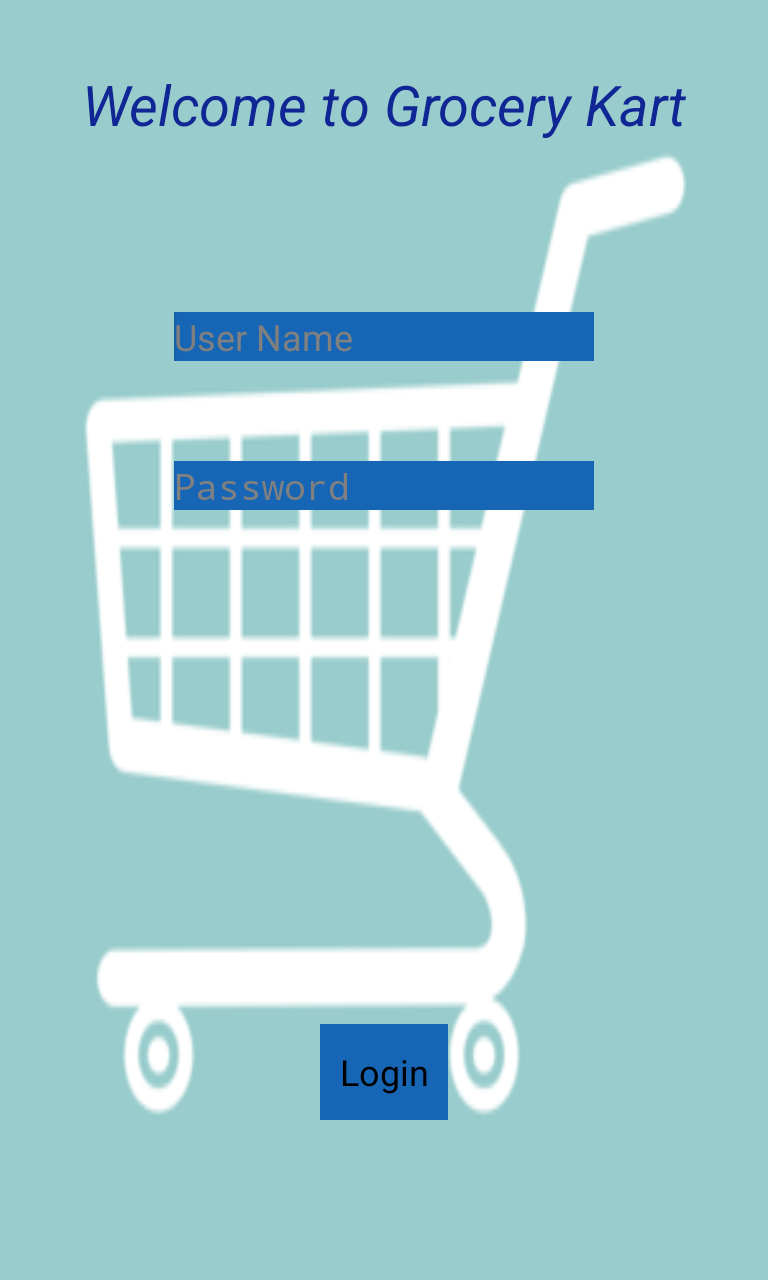
Repository: Shruthi06/designed-droid
Layout: explicitIntent_assignment/res/layout/activity_main.xml
An editor plug-in stored every save of this project. The layout is shown before and after the next save, followed by the edit.
It is drawn on a 768 x 1280 px phone screen (xhdpi) without system bars, with theme AppTheme; the app's code is not run.

Above is the layout before, as saved 2016-02-03 11:22:03.

### explicitIntent_assignment/res/layout/activity_main.xml
<RelativeLayout xmlns:android="http://schemas.android.com/apk/res/android"
    xmlns:tools="http://schemas.android.com/tools"
    android:layout_width="match_parent"
    android:layout_height="match_parent"
    android:paddingBottom="@dimen/activity_vertical_margin"
    android:paddingLeft="@dimen/activity_horizontal_margin"
    android:paddingRight="@dimen/activity_horizontal_margin"
    android:paddingTop="@dimen/activity_vertical_margin"
    android:background="@drawable/cart"
    tools:context=".MainActivity" >

    <EditText
        android:id="@+id/editTextun"
        android:layout_width="wrap_content"
        android:layout_height="wrap_content"
        android:layout_alignParentTop="true"
        android:layout_centerHorizontal="true"
        android:layout_marginTop="140dp"
        android:background="#1766b5"
        android:ems="10"
        android:hint="User Name" >

        <requestFocus />
    </EditText>

    <EditText
        android:id="@+id/editTextpw"
        android:layout_width="wrap_content"
        android:layout_height="wrap_content"
        android:layout_below="@+id/editTextun"
        android:layout_centerHorizontal="true"
        android:layout_marginTop="50dp"
        android:background="#1766b5"
        android:ems="10"
        android:hint="Password"
        android:inputType="textPassword" />

    <Button
        android:id="@+id/buttonlogin"
        android:layout_width="wrap_content"
        android:layout_height="wrap_content"
        android:layout_alignParentBottom="true"
        android:layout_centerHorizontal="true"
        android:layout_marginBottom="64dp"
        android:background="#1766b5"
        android:text="Login" />

    <TextView
        android:id="@+id/textView1"
        android:layout_width="wrap_content"
        android:layout_height="wrap_content"
        android:layout_alignParentTop="true"
        android:layout_centerHorizontal="true"
        android:layout_marginTop="17dp"
        android:text="Welcome to Grocery Kart"
        android:textAppearance="?android:attr/textAppearanceLarge"
        android:textColor="#102694"
        android:textSize="28dp"
        android:textStyle="italic" />

</RelativeLayout>

Loaded but not shown: explicitIntent_assignment/res/values/styles.xml (common file); explicitIntent_assignment/res/values-v11/styles.xml (common file); explicitIntent_assignment/res/values-v14/styles.xml (common file); explicitIntent_assignment/res/values/dimens.xml (common file)

After the next save:
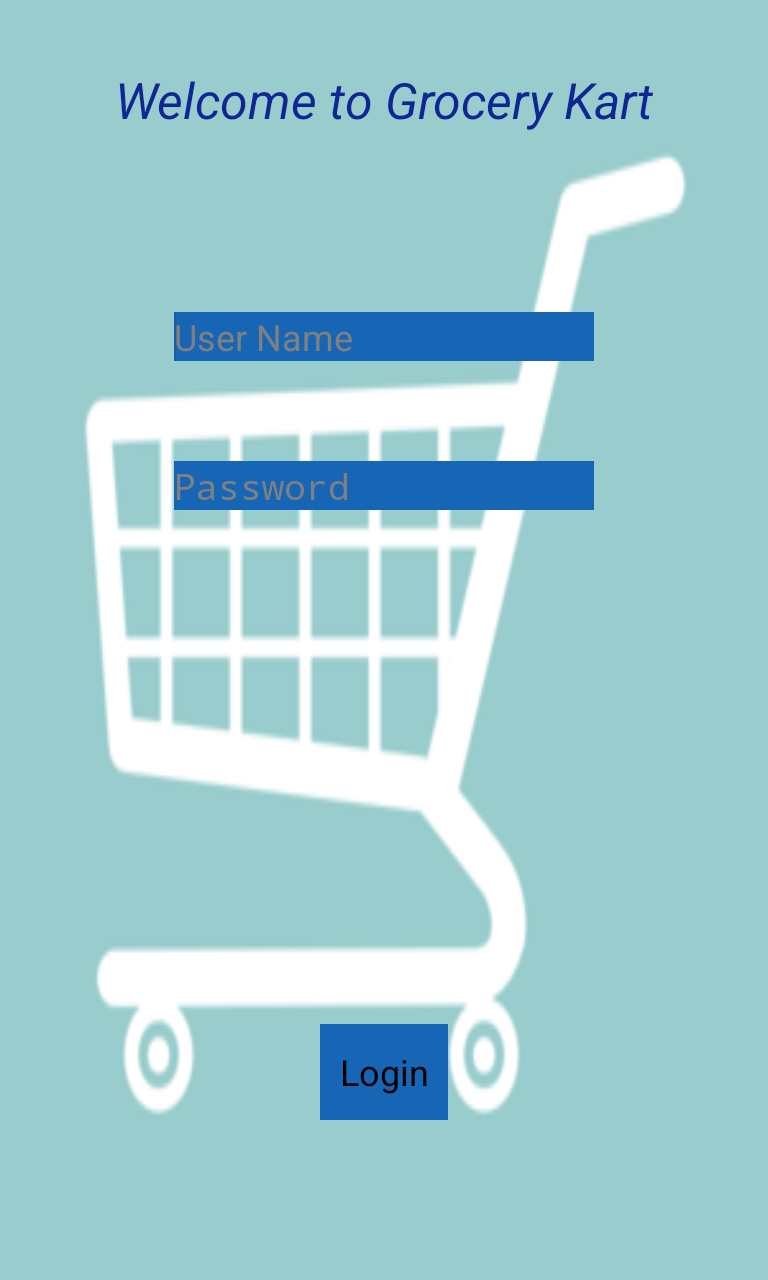
Saved 4 s later.
--- a/explicitIntent_assignment/res/layout/activity_main.xml
+++ b/explicitIntent_assignment/res/layout/activity_main.xml
@@ -55,7 +55,7 @@
         android:text="Welcome to Grocery Kart"
         android:textAppearance="?android:attr/textAppearanceLarge"
         android:textColor="#102694"
-        android:textSize="28dp"
+        android:textSize="25dp"
         android:textStyle="italic" />
 
 </RelativeLayout>

After the save that followed:
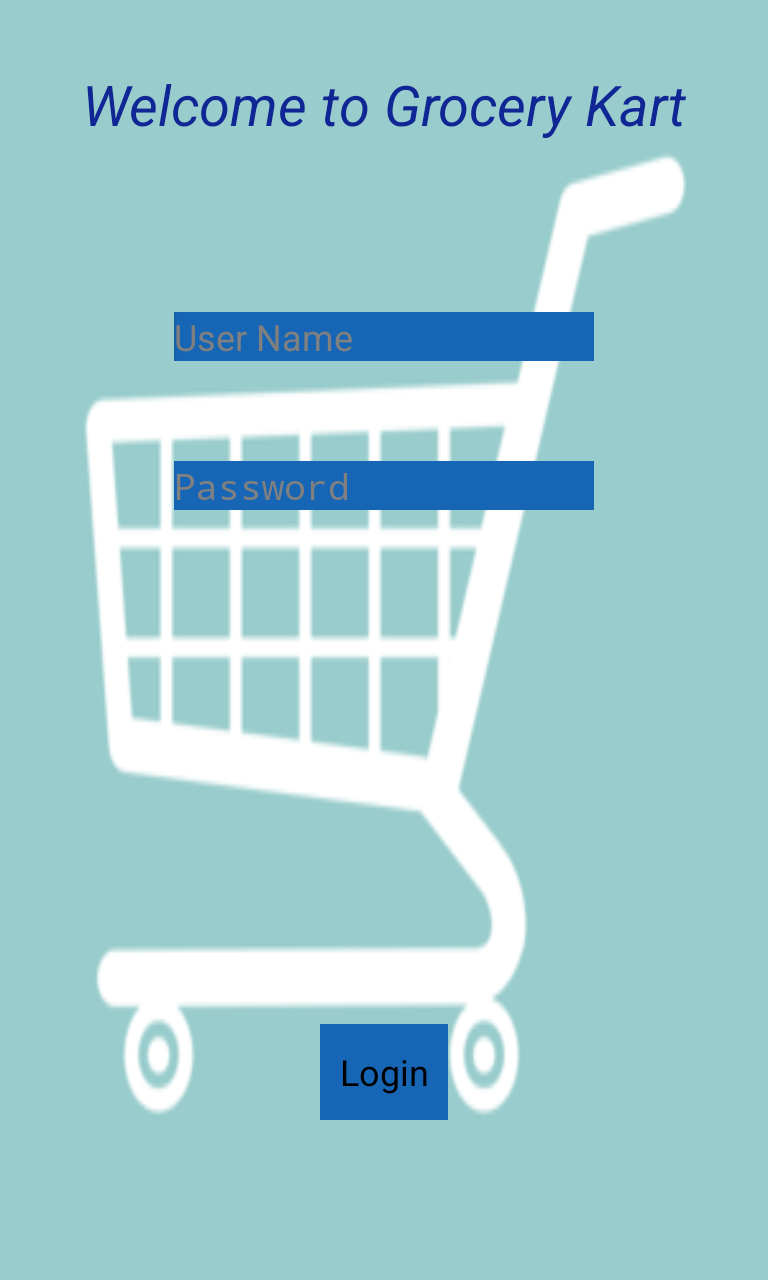
Saved 13 s later.
--- a/explicitIntent_assignment/res/layout/activity_main.xml
+++ b/explicitIntent_assignment/res/layout/activity_main.xml
@@ -55,7 +55,7 @@
         android:text="Welcome to Grocery Kart"
         android:textAppearance="?android:attr/textAppearanceLarge"
         android:textColor="#102694"
-        android:textSize="25dp"
+        android:textSize="28dp"
         android:textStyle="italic" />
 
 </RelativeLayout>
